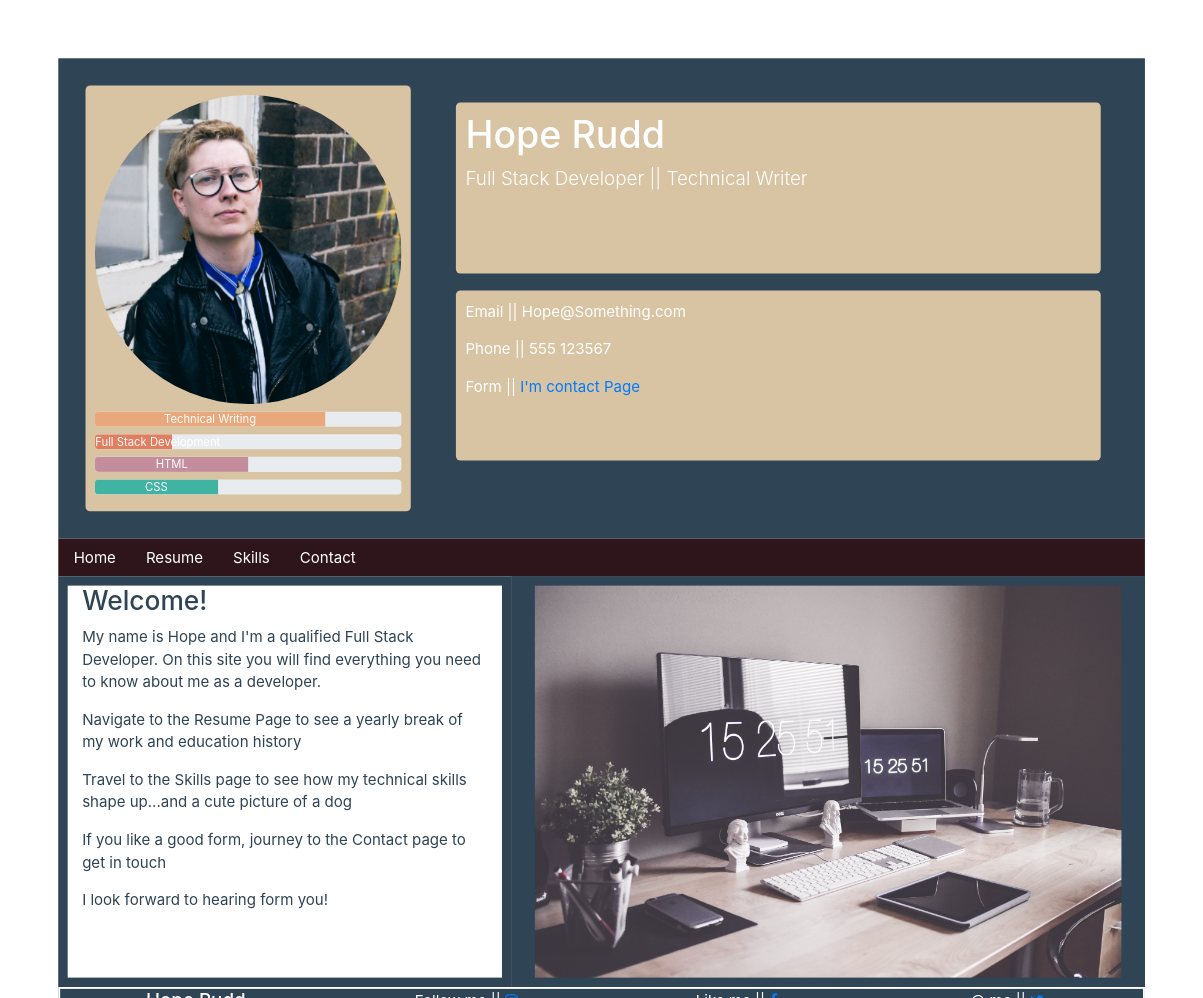
Repository: BleakTerrain/MilestoneProject-
Page: index.html
The author's editor kept a record of every edit. The page is drawn from the files as they stood at one moment, then again after the next edit.
The browser window is 1280 px wide. The pictures show the whole page, at 94% of full size.
Some web libraries are served in a nearby version.

Above is the page before.

### index.html
<html>

<head>
  <!-- Copied from UCB Resume code institue project -->

  <meta charset="UTF-8">
  <meta name="viewport" content="width=device-width, initial-scale=1.0">
  <meta http-equiv="X-UA-Compatible" content="ie=edge">
  <link rel="stylesheet" href="https://maxcdn.bootstrapcdn.com/bootstrap/4.2.1/css/bootstrap.min.css" type="text/css" />
  <link rel="stylesheet" href="https://maxcdn.bootstrapcdn.com/font-awesome/4.7.0/css/font-awesome.min.css" type="text/css" />
  <link rel="stylesheet" href="https://cdnjs.cloudflare.com/ajax/libs/hover.css/2.3.1/css/hover-min.css" type="text/css" />
  <link rel="stylesheet" href="assets/CSS/stylesheet.css" type="text/css" />
  <!-- Copied initial links end -->

  <title> Personal Portfolio</title>
</head>
<header>



</header>

<body>
<div class="intro-container">

 <!-------------------------Intro cards Started----------------------->
      <div class="row">
        <div class= "col-sm-4">
            <section class="jumbotron introtron">
          <img class="intro-image " src="BackgroundCodeInstitute.jpg" alt="Image not found">
           <div class="progress">
                <div class="progress-bar tech-writing " role="progressbar" aria-valuenow="40"
  aria-valuemin="0" aria-valuemax="100" style="width:75%">
  Technical Writing
  </div>
           </div>
            <div class="progress">
                <div class="progress-bar full-stack " role="progressbar" aria-valuenow="40"
  aria-valuemin="0" aria-valuemax="100" style="width:25%">
  Full Stack Development
  </div>
           </div>
             <div class="progress">
                <div class="progress-bar html" role="progressbar" aria-valuenow="40"
  aria-valuemin="0" aria-valuemax="100" style="width:50%">
  HTML
  </div>
           </div>
                <div class="progress">
                <div class="progress-bar css" role="progressbar" aria-valuenow="40"
  aria-valuemin="0" aria-valuemax="100" style="width: 40%">
  CSS
  </div>
           </div>
               </div>

               <div class="col-sm-8">
                 <div class="jumbotron name-card">
                <h1>Hope Rudd</h1>
                 <p class="lead ">Full Stack Developer || Technical Writer </p>
                 </div>

                  <section class= "jumbotron contact-card">
           <div class="row">
             <div class="col-sm-12">
            <p class="contact-info"> Email || Hope@Something.com</p>
            <p class="contact-info"> Phone || 555 123567</p>
            <p class="contact-info"> Form || <a href ="#">I'm contact Page</a></p>
              </div>

</section>
        </section>
        </div>

      </div>
    </div>

</div>
<!-------------------------------Intro cards finished-------------------------------->
<!-------------------------------Nav bar started-------------------------------->
<!-- inspired by example at https://www.w3schools.com/bootstrap4/bootstrap_navs.asp -->
<ul class = " nav navbar-default">
            <li class="nav-item">
              <a class="nav-link" href="#">Home</a>
            </li>
            <li class="nav-item">
              <a class="nav-link" href="#">Resume</a>
            </li>
            <li class="nav-item">
              <a class="nav-link" href="#">Skills</a>
            </li>
            <li class="nav-item">
              <a class="nav-link" href="#">Contact</a>
            </li>
          </ul>
<!-------------------------------Nav bar finished-------------------------------->
<!-------------------------------Bulk text started------------------------------->
    <section class="main-text container-fluid">
<div class="row">
  <div class="col-sm-5 main-text-box">
      <h3>Welcome!</h3> <i class="fas fa-door-open"></i>
      <p> My name is Hope and I'm a qualified Full Stack Developer. On this site you will find everything you need to know about me as a developer.</p>
      <p>Navigate to the Resume Page to see a yearly break of my work and education history</p>
      <p>Travel to the Skills page to see how my technical skills shape up...and a cute picture of a dog </p>
      <p>If you like a good form, journey to the Contact page to get in touch</p>
      <p> I look forward to hearing form you!</p>
  </div>
  <div class="col-sm-7 other-image-background">
<img class="other-image" src="DeskImage.jpg" alt="Image not found">
  </div>
</div>
    </section>
    </body>
<!-------------------------------Bulk text finished------------------------------->



<footer class="footer container-fluid">
<div class="row">
<div class="col-sm-3 footer-item">
  <h5>  Hope Rudd  </h5>
  </div>
  <div class="col-sm-3 footer-item">
      <p>Follow me || <a href = "#"> <i class="fa fa-instagram aria-hidden=true"></i></a></p>
  <span class = "sr-only">Instagram link</span>
  </div>
  <div class="col-sm-3 footer-item">
      <p> Like me || <a href = "#"> <i class="fa fa-facebook aria-hidden=true"></i></a></p>
  <span class = "sr-only">Facebook Link</span>
  </div>
    <div class="col-sm-3 footer-item">
      <p>@ me || <a href = "#"> <i class="fa fa-twitter aria-hidden=true"></i></a></p>
  <span class = "sr-only">Twitter Link</span>
  </div>
</footer>

</html>

### assets/CSS/stylesheet.css

/* Main background taken from bootstraps basics project*/
/* General theme inspiration from : https://visme.co/blog/website-color-schemes/ */

body, html {
  height: 100%;
  margin: 2.5%;
}
/* -----------------------------------Intro bar---------------*/

.intro-container
{
padding:2.5%;
background-color: #2f4454;
}
.jumbotron
{
  margin:2.5%;
 padding: 10px;
 text-align: center;
  background-color: #D8C3A3;
  color:#fff;

}
.jumbotron-header
{
  font-size:500%;

}

.introtron
{
  margin:0;
min-height: 40%;
}

.intro-image {
  padding-bottom: 2.5%;
    width: 100%;
    background-position: center;
    background-repeat: no-repeat;
    transition: all .5s ease-in-out;
    -moz-transition: all .5s ease-in-out;
    -webkit-transition: all .5s ease-in-out;
  border-radius: 50%;
  display:inline-block;
}

.contact-card
{

  text-align: left;
  height:40%;
}
.name-card
{
  text-align:left;
  font-size: x-large;
  height:40%;
}
/*-----------------------------SkillsBar-------------------*/
.progress
{
  margin-bottom: 2.5%;

}
.full-stack
{
  background-color: #E27D60;
}
.tech-writing
{
  background-color: #e8a87c;
}
.html
{
  background-color: #C38D9E;
}
.css
{
  background-color: #41B3A3;
}
/*----------------------------------Nav-----------------------*/
.nav
{

  text-align: center;
  background-color: #2E151B;

}
.nav-link
{
  color:#fff;
}
.nav-link:hover
{
  background-color:#eed2dc ;
  color:#2E151B;
}

/*-----------------------------Main-Text-------------------*/
.main-text
{
  background-color: #2f4454;
}
.main-text-box
{
  border: solid 10px #2f4454;
  background-color: #fff;
  color: #2f4454;
}
.other-image-background
{
border: solid 10px #2f4454;
 margin:0;
}
.other-image {

width: 100%;
  display:block;

}

/*------------------------------Footer---------------------*/
.footer
{ background-color: #2f4454;
color:#fff;
border: solid 2.5px  }
.footer-item
{
  text-align: center;
}
/*------------------------------MediaQueries-----------------*/

@media (max-width: 573)
{
  .name-card
{
height: 100%;
background-color: #E85a4f;
}


.contact-card
{
height: 100%;
background-color: #E98074;
}
}
.other-image
{
  height:100%;

}

After the next edit:
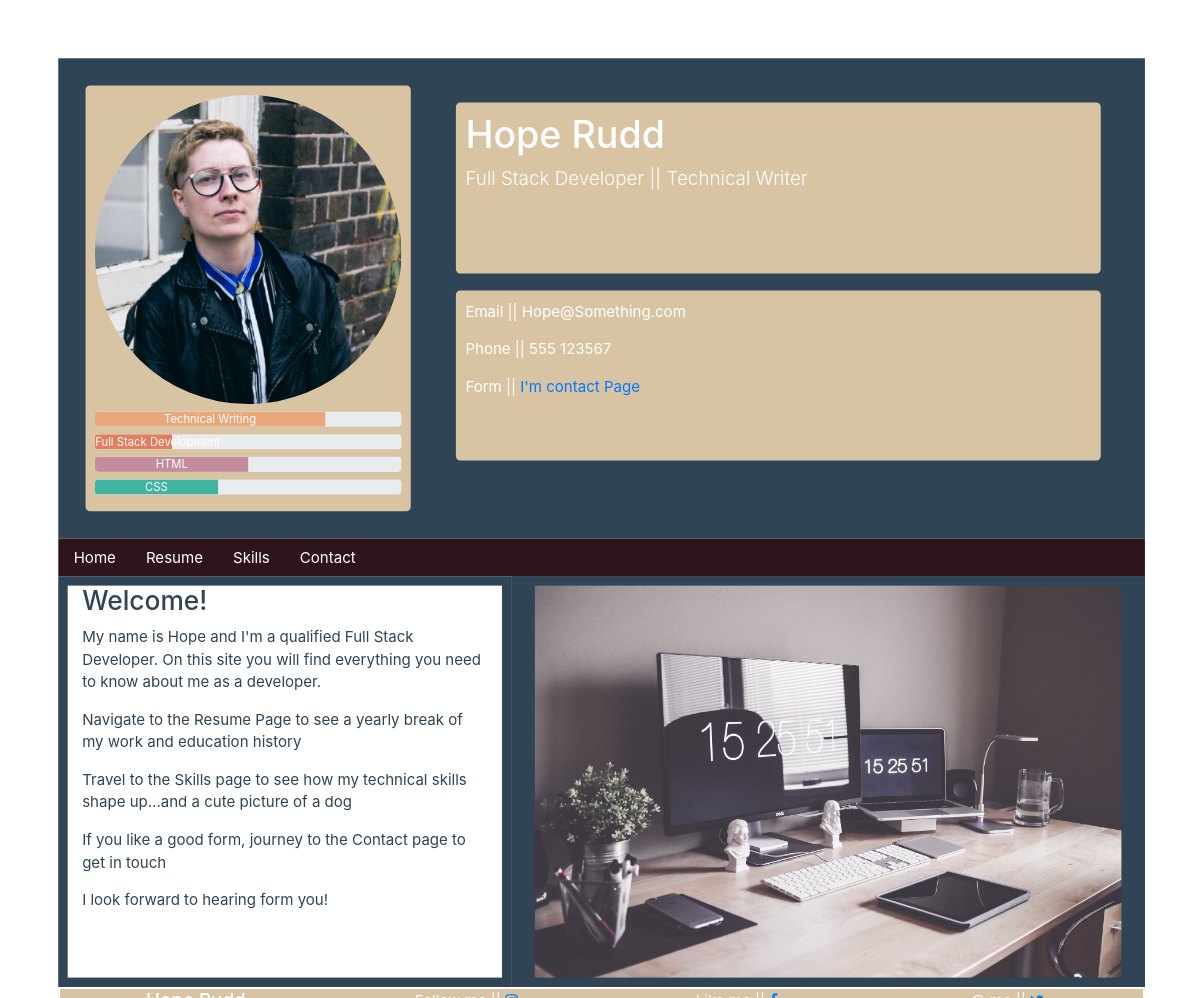
The edit:
--- a/assets/CSS/stylesheet.css
+++ b/assets/CSS/stylesheet.css
@@ -123,7 +123,7 @@
 
 /*------------------------------Footer---------------------*/
 .footer
-{ background-color: #2f4454;
+{ background-color: #D8C3A3;
 color:#fff;
 border: solid 2.5px  }
 .footer-item
